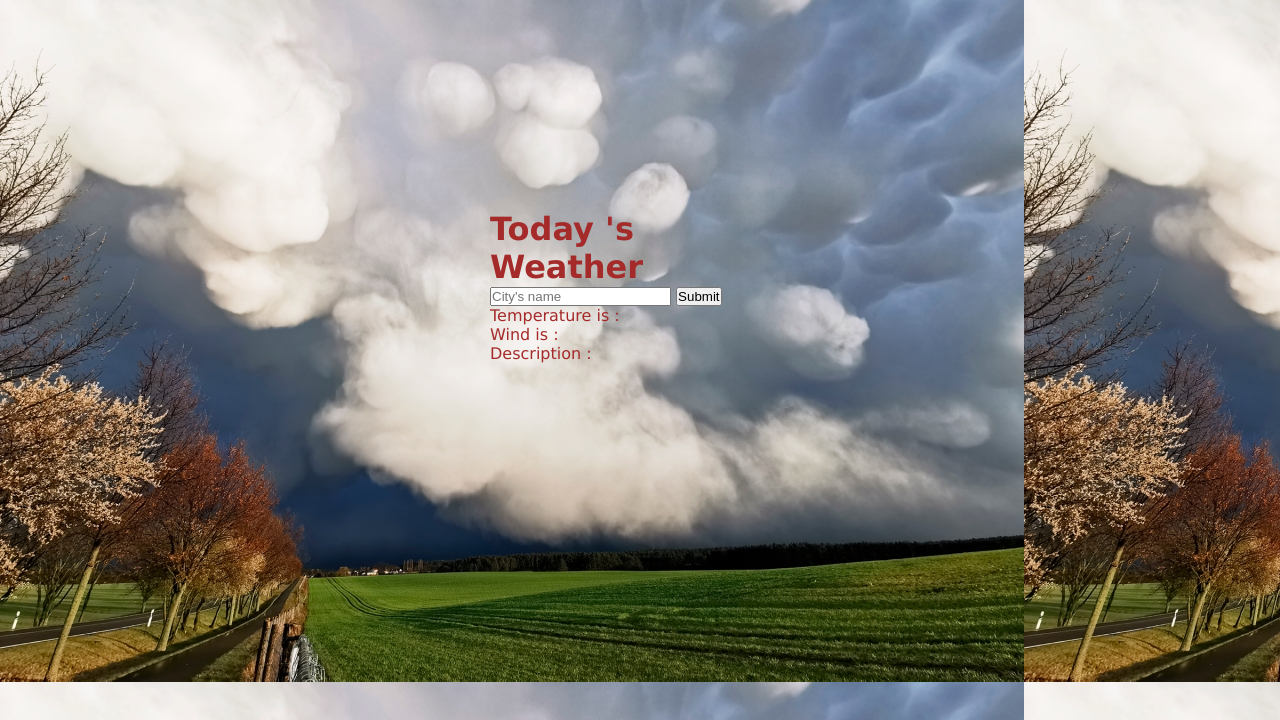
Repository: heartbreathing/searchWeather
Page: index.html
These files come from the project's save history. The page is drawn as it stood at one moment and after a run of saves; the edit follows.
The browser window is 1280 px wide. The pictures show the whole page.

Above is the page before, as saved 2022-11-06 22:35:50.

After the next 4 saves:
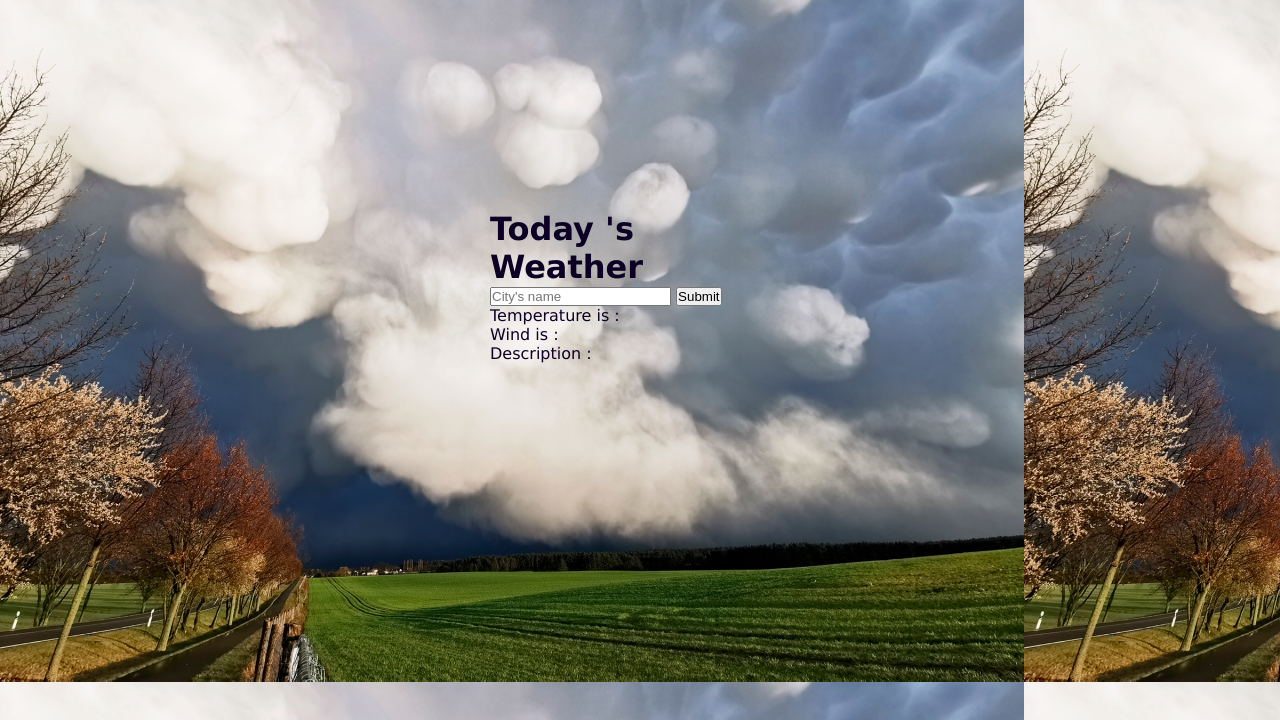
The 4 saves are shown as one change because they came seconds apart.
The last was saved 22 s later.
--- a/index.css
+++ b/index.css
@@ -6,7 +6,7 @@
 body {
     background-image: url(./image/background_image.jpg) ;
     font-family: 'Lucida Sans', 'Lucida Sans Regular', 'Lucida Grande', 'Lucida Sans Unicode', Geneva, Verdana, sans-serif ;
-    color: brown;
+    color: rgb(12, 1, 37);
 }
 .content {
     position: absolute;
